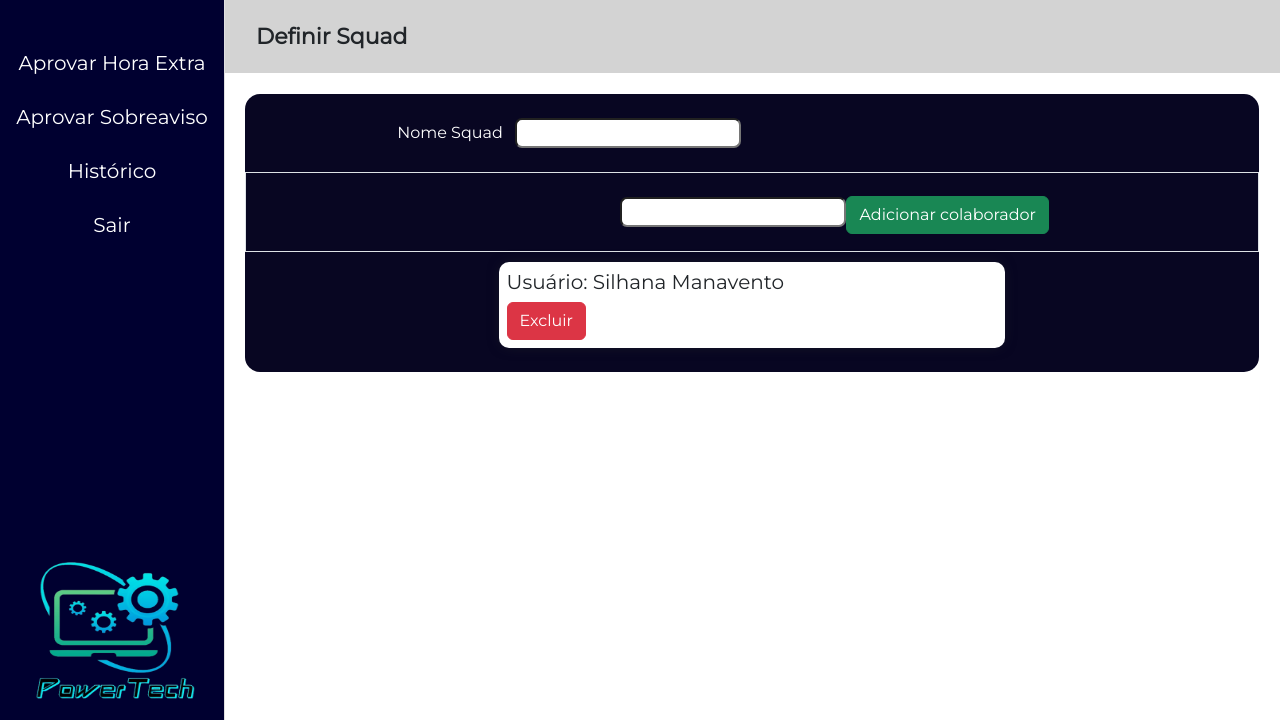
Repository: PowerTech-Fatec/API-2RP-NET
Page: /adm/squad (app in Sprint 3/2rp-web/)
An editor plug-in stored every save of this project. The page is shown before and after the next save, followed by the edit.
The browser window is 1280 px wide. The pictures show the whole page.
The project was rebuilt for these pictures with package versions that can differ from the ones it lists, and the page was loaded fresh each time. Also part of the build but not shown: Sprint 3/2rp-web/src/pages/login/login.js, Sprint 3/2rp-web/src/pages/home/dashboard.js, Sprint 3/2rp-web/src/pages/home/sobreaviso/sobreaviso.css, Sprint 3/2rp-web/src/pages/home/sobreaviso/sobreaviso.js, Sprint 3/2rp-web/src/pages/home/hora-extra/hora-extra.css, Sprint 3/2rp-web/src/pages/home/hora-extra/hora-extra.js, Sprint 3/2rp-web/src/components/cards/Cards.js, Sprint 3/2rp-web/src/pages/home/gestor/aprovar-hora-extra/gestor.js and 3 more.

Above is the page before, as saved 2022-11-02 16:26:54.

### Sprint 3/2rp-web/src/index.js
import React from 'react';
import ReactDOM from 'react-dom/client';
import './index.css';
import App from './App';
import reportWebVitals from './reportWebVitals';
import { BrowserRouter } from 'react-router-dom';
import 'bootstrap/dist/css/bootstrap.min.css';
import 'bootstrap-icons/font/bootstrap-icons.css';

import Popper from '@popperjs/core';
import 'bootstrap/dist/js/bootstrap.bundle.min';

const root = ReactDOM.createRoot(document.getElementById('root'));
root.render(
  <BrowserRouter>
    <App />
  </BrowserRouter>
);

// If you want to start measuring performance in your app, pass a function
// to log results (for example: reportWebVitals(console.log))
// or send to an analytics endpoint. Learn more: https://bit.ly/CRA-vitals
reportWebVitals();

### Sprint 3/2rp-web/src/App.js
import React from 'react'
import './App.css';
import { Routes, Route } from 'react-router-dom'
import Login from './pages/login/login'
import Dashboard from './pages/home/dashboard'
import Sobreaviso from './pages/home/sobreaviso/sobreaviso'
import HoraExtra from './pages/home/hora-extra/hora-extra'
import Gestor from './pages/home/gestor/aprovar-hora-extra/gestor'
import GestorSobreaviso from './pages/home/gestor/aprovar-sobreaviso/gestor-sobreaviso'
import GestorHistorico from './pages/home/gestor/historico/gestor-historico'
import Squad from './pages/home/adm/squad/def-squad'

function App() {
  return (
    <Routes>
      <Route path='/login' element={<Login />} />
      <Route path='/dashboard' element={<Dashboard />} />
      <Route path='/horaextra' element={<HoraExtra />} />
      <Route path='/sobreaviso' element={<Sobreaviso />} />
      <Route path='/gestor' element={<Gestor />} />
      <Route path='/gestor-sobreaviso' element={<GestorSobreaviso />} />
      <Route path='/gestor-historico' element={<GestorHistorico />} />
      <Route path='/adm/squad' element={<Squad />} />
      <Route path='*' element={<Login />} />
    </Routes>

  );
}

export default App;

### Sprint 3/2rp-web/src/App.css
@font-face {
    font-family: 'Montserrat';
    src: url(./assets/fonts/Montserrat-Regular.ttf);
}

*{
    font-family: 'Montserrat';
}

.ml-1{margin-left: 0.25rem;}
.ml-2{margin-left: 0.5rem;}
.ml-3{margin-left: 0.75rem;}
.ml-4{margin-left: 1rem;}
.ml-5{margin-left: 1.25rem;}

### Sprint 3/2rp-web/src/pages/home/adm/squad/def-squad.js
import Sidebar from "../../../../components/sidebar"
import Header from "../../../../components/header/header";
import Card from "../../../../components/cards/Squad"
import './def-squad.css'

import React, { Component, useEffect, useState } from 'react';


function Squad() {
    return (
        <Sidebar>
          <Header nome="Definir Squad"></Header>

          {/* linha 1: solitações, filtro */}
          <div className="background d-flex flex-column aling-itens-center">

            <div>
            <span className="soli">
            <label className="font">Nome Squad</label> <input className="squad-name mt-4 mb-4 ml-2"></input>
            </span>

            <div className="border">
            <span className="filtroLabel">
            <input className="squad-name mt-4 mb-4"></input><button type="button" class="btn btn-success mt-1">Adicionar colaborador</button>
            </span>
            </div>


            {/* card info hora extra */}
            <div className="d-flex flex-column aling-itens-center">
            <Card
              Usuario = " Silhana Manavento"
            />

            </div>


            </div>

          </div>
        </Sidebar>
    )
}

export default Squad

### Sprint 3/2rp-web/src/pages/login/login.css
.login{
    background: #090d23
    ;
}
.fundo{
    background-color: #090d23;
    width: 300px;
    height: 50px;
    color: #fff;
}
.fundoback{
    background-color: #262d28;
}
.fundocolor{
    background-color: #090d23;
}
.background{
    background-color: #9A9696;
}
.height{
    height: 100vh;

}
.tpm{
    margin-top: 150px;
}
.input{
    width: 350px;
    height: 40px;
}
.marg{
    margin-top: 100px;
    margin-left: 180px;
}
.svg{
    margin-top: 3px;
}

### Sprint 3/2rp-web/src/components/sidebar.js
import { Drawer, useTheme } from '@mui/material'
import { Box } from '@mui/system'
import './Sidebar.css'
import { Link } from 'react-router-dom'

import React from 'react'

function Sidebar({ children }) {
    const theme = useTheme();




    return (
        <>

            <Drawer variant='permanent'>
                <Box width={theme.spacing(28)} height={theme.spacing(100)} className ='side-bar  '>
                     <div className='texto mt-5'>

                                {/* <Link to='/dashboard' className ='side-links mt-4'>
                                    Dashboard
                                </Link>
                                <Link to='/horaextra' className ='side-links mt-4'>
                                    Apontar Hora Extra
                                </Link>
                                <Link to='/sobreaviso' className ='side-links mt-4' >
                                    Apontar Sobreaviso
                                </Link> */}

                                {/* Associar a lista de link */}
                                {/* <Link to='/gestor-dashboard' className ='side-links mt-4' >
                                    Dashboard
                                </Link> */}
                                <Link to='/gestor' className ='side-links mt-4' >
                                        Aprovar Hora Extra
                                </Link>
                                <Link to='/gestor-sobreaviso' className ='side-links mt-4' >
                                    Aprovar Sobreaviso
                                </Link>
                                <Link to='/gestor-historico' className ='side-links mt-4' >
                                    Histórico
                                </Link>


                                <Link to='/login' className ='side-links mt-4' >
                                    Sair
                                </Link>

                    </div>
                    <div className='footer'>
                        <img src={require('../assets/powertech.png')} height='140px' width='160px' />
                    </div>
                </Box>
            </Drawer>

            <Box height="100vh" marginLeft={theme.spacing(28)}>
                {children}
            </Box>
        </>
    );
}

export default Sidebar

### Sprint 3/2rp-web/src/components/header/header.js
import './header.css'

import React from 'react'

function Header(props) {

    return (
        <>
            <div className='bg-title'>
                <span className='title'>{props.nome}</span>
            </div>
        </>
    );
}

export default Header

### Sprint 3/2rp-web/src/pages/home/gestor/aprovar-hora-extra/gestor.css
.background{
    margin-top: 2%;
    margin-left: 2%;
    margin-right: 2%;
    border-radius: 15px;

    background-color: #080622;
}

/* .filtro{
    width: 20%;
} */

/* /* .soli{
    margin-left: 15%;
} */

.filtroLabel{
    margin-left: 37%;
} */

.font{
    color: white;
}

### Sprint 3/2rp-web/src/pages/home/gestor/aprovar-sobreaviso/gestor-sobreaviso.css
.background{
    margin-top: 2%;
    margin-left: 2%;
    margin-right: 2%;
    border-radius: 15px;

    background-color: #080622;
}

.filtro{
    width: 20%;
}

.soli{
    margin-left: 15%;
}

.filtroLabel{
    margin-left: 37%;
}

.font{
    color: white;
}

### Sprint 3/2rp-web/src/pages/home/gestor/historico/gestor-historico.css
.background{
    margin-top: 2%;
    margin-left: 2%;
    margin-right: 2%;
    border-radius:   15px;

    background-color: #080622;
}

.filtro{
    width: 20%;
}

.soli{
    margin-left: 15%;
}

.filtroLabel{
    margin-left: 37%;
}

.font{
    color: white;
}

### Sprint 3/2rp-web/src/components/cards/Squad.js
import React from "react";
import './Squad.css'

function Card(props) {
    return(
        <div className="card-container mb-4 col-6 offset-3">
            <div className="card-content">

            <div className="card-title ml-2 mt-2">
                <span>
                <h5>Usuário: {props.Usuario}</h5>
                <button type="button" class="btn btn-danger mb-2">Excluir</button>
                </span>
            </div>

            </div>

        </div>
    )
}

export default Card

### Sprint 3/2rp-web/src/pages/home/adm/squad/def-squad.css
.background{
    margin-top: 2%;
    margin-left: 2%;
    margin-right: 2%;
    border-radius: 15px;

    background-color: #080622;
}

.filtro{
    width: 20%;
}

.soli{
    margin-left: 15%;
}

.filtroLabel{
    margin-left: 37%;
}

.font{
    color: white;
}

.squad-name{
    border-radius: 7px;
}

### Sprint 3/2rp-web/src/components/Sidebar.css
.side-links {
    color: #fff;
    text-decoration: none;
    font-size: 20px;
    display: flex;
    justify-content: center;
}

.side-bar {
    background-color: #000030;
}

.footer{
    margin-bottom: 20px;
    margin-left: 35px;
    position: absolute;
    bottom: 0;
}

### Sprint 3/2rp-web/src/components/header/header.css
.bg-title{
    background-color: lightgray;
    padding: 20px 0px;
}

.title{
    font-size: 22px;
    font-weight: bold;
    margin-left: 2rem;
}

### Sprint 3/2rp-web/src/components/cards/Cards.css
.card-container{
    width: 900px;
    overflow: hidden;
    box-shadow: 0px 0px 15px -5px;
    border-radius: 10px;
    /* margin-left: 15%; */
    margin-top: 10px;

    background-color: white;
}

### Sprint 3/2rp-web/src/components/cards/Squad.css
.card-container{
    width: 600px;
    overflow: hidden;
    box-shadow: 0px 0px 15px -5px;
    border-radius: 10px;
    /* margin-left: 15%; */
    margin-top: 10px;

    background-color: white;
}

Loaded but not shown: Sprint 3/2rp-web/public/index.html (common file); Sprint 3/2rp-web/src/index.css (common file); Sprint 3/2rp-web/src/reportWebVitals.js (common file)

After the next save:
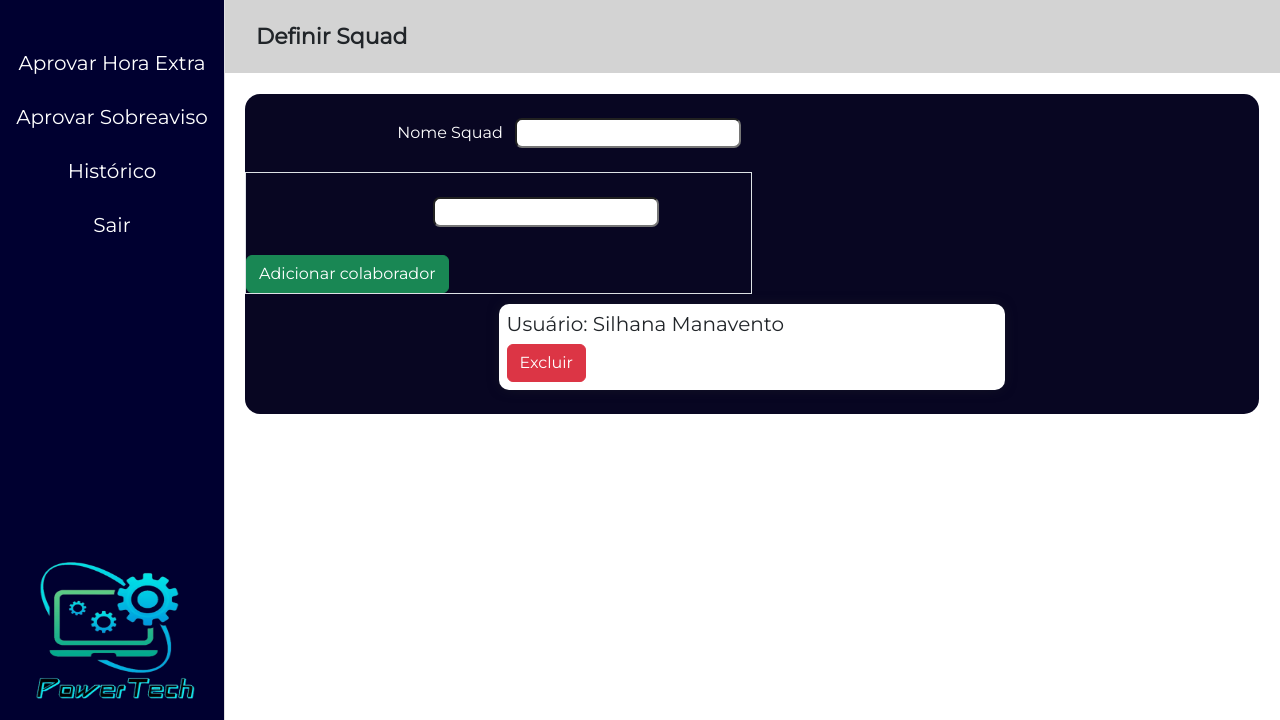
Saved 15 s later.
--- a/Sprint 3/2rp-web/src/pages/home/adm/squad/def-squad.js
+++ b/Sprint 3/2rp-web/src/pages/home/adm/squad/def-squad.js
@@ -19,7 +19,7 @@ function Squad() {
             <label className="font">Nome Squad</label> <input className="squad-name mt-4 mb-4 ml-2"></input>
             </span>
 
-            <div className="border">
+            <div className="border col-6">
             <span className="filtroLabel">
             <input className="squad-name mt-4 mb-4"></input><button type="button" class="btn btn-success mt-1">Adicionar colaborador</button>
             </span>
